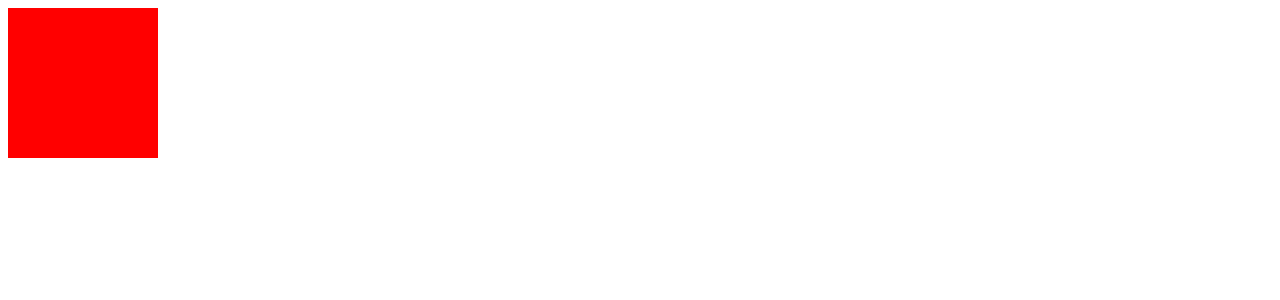
Repository: oliachipko/jsgame
Page: index.html
The author's editor kept a copy of each file at every save. The page is drawn from the files as they stood at one save, then again after the next save.
The browser window is 1280 px wide. The pictures show the whole page.

Above is the page before, as saved 2021-03-25 22:27:52.
Console error: SyntaxError: Unexpected token '}'

After the next save:
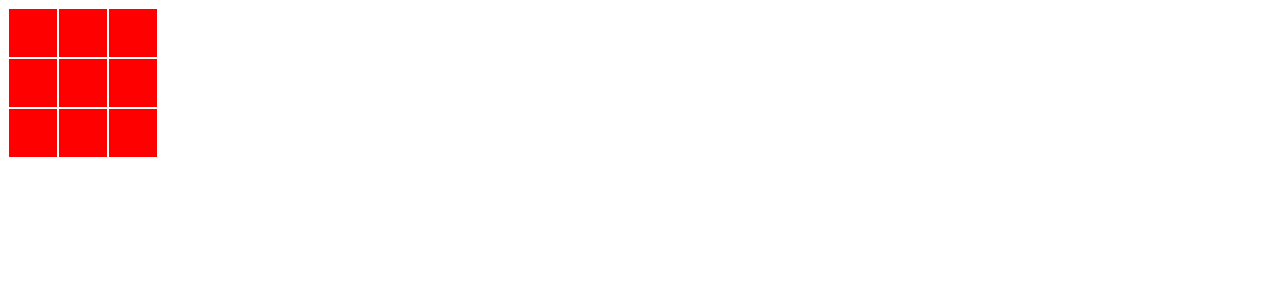
The error is gone.
Saved 40 s later.
--- a/play.js
+++ b/play.js
@@ -22,4 +22,5 @@ function checkWinner () {
     let allblock = document.getElementsByClassName('block');
    // console.log(allblock);
    if (allblock[0].innerHTML == 'x' && allblock[1].innerHTML == 'x' && allblock[2].innerHTML == 'x' )
+   alert
 }
